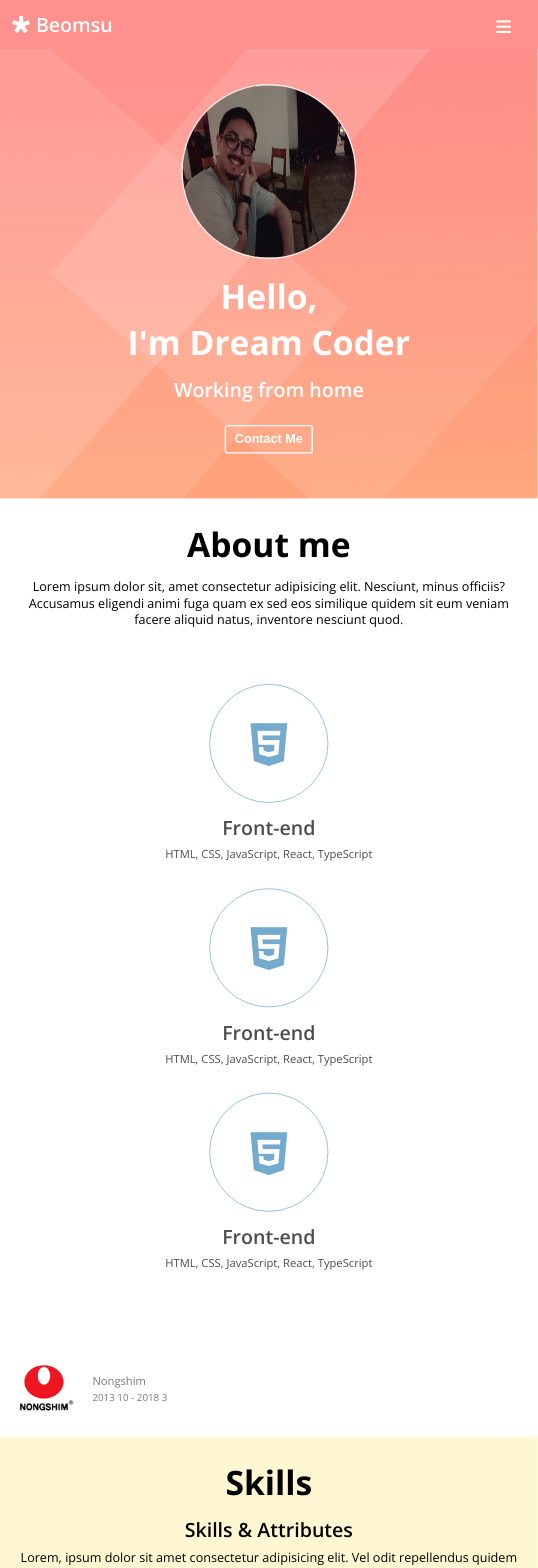
Repository: beomsu9696/Dream_Coding_Academy4
Page: index.html
The author's editor kept a copy of each file at every save. The page is drawn from the files as they stood at one save, then again after the next save.
The browser window is 768 px wide. The pictures show the part of the page from y = 0 to 2240 px (the page is 5387 px tall before and 5007 px after), at 70% of full size.
Some web libraries are served in a nearby version.

Above is the page before, as saved 2021-01-26 21:41:52.

### index.html
<!DOCTYPE html>
<html lang="en">
  <head>
    <meta charset="UTF-8" />
    <meta name="viewport" content="width=device-width, initial-scale=1.0" />
    <title>Portfolio</title>
    <meta name="description" content="Portfolio" />
    <meta name="author" content="Beomsu" />
    <link rel="icon" type="image/png" href="images/favicon.png" />
    <script
      src="https://kit.fontawesome.com/c90a48a564.js"
      crossorigin="anonymous"
    ></script>
    <link rel="preconnect" href="https://fonts.gstatic.com" />
    <link
      href="https://fonts.googleapis.com/css2?family=Open+Sans:wght@400;600;700&display=swap"
      rel="stylesheet"
    />
    <link rel="stylesheet" href="style.css" />
    <script src="main.js" defer></script>
  </head>
  <body>
    <!-- Navbar -->
    <nav id="navbar">
      <div class="navbar__logo">
        <i class="fab fa-diaspora"></i>
        <a href="#">Beomsu</a>
      </div>
      <ul class="navbar__menu">
        <li class="navbar__menu__item" data-link="#home">Home</li>
        <li class="navbar__menu__item" data-link="#about">About</li>
        <li class="navbar__menu__item" data-link="#skills">Skills</li>
        <li class="navbar__menu__item" data-link="#work">My Work</li>
        <li class="navbar__menu__item" data-link="#testimonials">
          Testimonials
        </li>
        <li class="navbar__menu__item" data-link="#contact">Contact</li>
      </ul>
      <!-- Togglle button -->
      <button class="navbar__toggle-btn">
        <i class="fas fa-bars"></i>
      </button>
    </nav>
    <!-- Home -->
    <section id="home">
      <div class="home__container">
        <img
          src="images/profile.JPG"
          alt="Beomsu's profile photo"
          class="home__avatar"
        />
        <h1 class="home__title">Hello, <br />I'm Dream Coder</h1>
        <h2 class="home__description">Working from home</h2>
        <button class="home__contact">Contact Me</button>
      </div>
    </section>
    <!-- About -->
    <section id="about" class="section section__container">
      <h1>About me</h1>
      <p>
        Lorem ipsum dolor sit, amet consectetur adipisicing elit. Nesciunt,
        minus officiis? Accusamus eligendi animi fuga quam ex sed eos similique
        quidem sit eum veniam facere aliquid natus, inventore nesciunt quod.
      </p>
      <div class="about__majors">
        <div class="major">
          <div class="major__icon">
            <i class="fab fa-html5"></i>
          </div>
          <h2 class="major__title">Front-end</h2>
          <div class="major__description">
            HTML, CSS, JavaScript, React, TypeScript
          </div>
        </div>
        <div class="major">
          <div class="major__icon">
            <i class="fab fa-html5"></i>
          </div>
          <h2 class="major__title">Front-end</h2>
          <div class="major__description">
            HTML, CSS, JavaScript, React, TypeScript
          </div>
        </div>
        <div class="major">
          <div class="major__icon">
            <i class="fab fa-html5"></i>
          </div>
          <h2 class="major__title">Front-end</h2>
          <div class="major__description">
            HTML, CSS, JavaScript, React, TypeScript
          </div>
        </div>
      </div>
      <div class="about__jobs">
        <div class="job">
          <img
            src="images/jobs/logo-nongshim.png"
            alt="nongshim"
            class="job__logo"
          />
          <div class="job__description">
            <p class="job__name">Nongshim</p>
            <p class="job__period">2013 10 - 2018 3</p>
          </div>
        </div>
        <div class="job">
          <img src="" alt="" class="job__logo" />
          <div class="job__description">
            <p class="job__name"></p>
            <p class="job__period"></p>
          </div>
        </div>
      </div>
    </section>
    <!-- Skills -->
    <section id="skills" class="section">
      <div class="section__container">
        <h1>Skills</h1>
        <h2>Skills & Attributes</h2>
        <p>
          Lorem, ipsum dolor sit amet consectetur adipisicing elit. Vel odit
          repellendus quidem quod quibusdam et autem sint doloribus quis dolore.
          Provident aliquid suscipit voluptates iste sunt delectus unde cumque
          repellendus!
        </p>
        <div class="skillset">
          <div class="skillset__left">
            <h3 class="skillset__title">Skills</h3>
            <div class="skill">
              <div class="skill__description">
                <span>HTML</span>
                <span>70%</span>
              </div>
              <!-- <progress value="70" max="100"></progress> -->
              <div class="skill__bar">
                <div class="skill__value" style="width: 70%"></div>
              </div>
            </div>
            <div class="skill">
              <div class="skill__description">
                <span>HTML</span>
                <span>70%</span>
              </div>
              <div class="skill__bar">
                <div class="skill__value"></div>
              </div>
            </div>
            <div class="skill">
              <div class="skill__description">
                <span>HTML</span>
                <span>70%</span>
              </div>
              <div class="skill__bar">
                <div class="skill__value"></div>
              </div>
            </div>
            <div class="skill">
              <div class="skill__description">
                <span>HTML</span>
                <span>70%</span>
              </div>
              <div class="skill__bar">
                <div class="skill__value"></div>
              </div>
            </div>
            <div class="skill">
              <div class="skill__description">
                <span>HTML</span>
                <span>70%</span>
              </div>
              <div class="skill__bar">
                <div class="skill__value"></div>
              </div>
            </div>
          </div>
          <div class="skillset__right">
            <div class="tools">
              <h3 class="skillset__title">Tools</h3>
              <ul class="tools__list">
                <li><span>Visual Studio Code</span></li>
                <li><span>Visual Studio Code</span></li>
                <li><span>Visual Studio Code</span></li>
                <li><span>Visual Studio Code</span></li>
                <li><span>Visual Studio Code</span></li>
              </ul>
            </div>
            <div class="etc">
              <h3 class="skillset__title">Etc</h3>
              <ul class="etc__list">
                <li><span>Git</span></li>
                <li><span>Git</span></li>
                <li><span>Git</span></li>
              </ul>
            </div>
          </div>
        </div>
      </div>
    </section>
    <!-- Work -->
    <section id="work" class="section">
      <div class="section__container">
        <h1>My work</h1>
        <h3>Projects</h3>
        <div class="work__categories">
          <button class="category__btn selected" data-filter="*">
            All <span class="category__count">8</span>
          </button>
          <button class="category__btn" data-filter="front-end1">
            Front-end <span class="category__count">1</span>
          </button>
          <button class="category__btn" data-filter="front-end2">
            Front-end <span class="category__count">1</span>
          </button>
          <button class="category__btn" data-filter="front-end3">
            Front-end <span class="category__count">1</span>
          </button>
        </div>
        <div class="work__projects">
          <a href="#" class="project" target="_blank" data-type="front-end1">
            <img
              class="project__img"
              src="images/projects/project1.png"
              alt="Project1"
            />
            <div class="project__description">
              <h3>Project</h3>
              <span>Clone coding with HTML and CSS</span>
            </div>
          </a>
          <a href="#" class="project" target="_blank" data-type="front-end2">
            <img
              class="project__img"
              src="images/projects/project2.png"
              alt="Project2"
            />
            <div class="project__description">
              <h3>Project</h3>
              <span>Clone coding with HTML and CSS</span>
            </div>
          </a>
          <a href="#" class="project" target="_blank" data-type="front-end3">
            <img
              class="project__img"
              src="images/projects/project3.png"
              alt="Project3"
            />
            <div class="project__description">
              <h3>Project</h3>
              <span>Clone coding with HTML and CSS</span>
            </div>
          </a>
          <a href="#" class="project" target="_blank">
            <img
              class="project__img"
              src="images/projects/project4.png"
              alt="Project4"
            />
            <div class="project__description">
              <h3>Project</h3>
              <span>Clone coding with HTML and CSS</span>
            </div>
          </a>
          <a href="#" class="project" target="_blank">
            <img
              class="project__img"
              src="images/projects/project5.png"
              alt="Project5"
            />
            <div class="project__description">
              <h3>Project</h3>
              <span>Clone coding with HTML and CSS</span>
            </div>
          </a>
          <a href="#" class="project" target="_blank">
            <img
              class="project__img"
              src="images/projects/project6.png"
              alt="Project6"
            />
            <div class="project__description">
              <h3>Project</h3>
              <span>Clone coding with HTML and CSS</span>
            </div>
          </a>
          <a href="#" class="project" target="_blank">
            <img
              class="project__img"
              src="images/projects/project7.png"
              alt="Project7"
            />
            <div class="project__description">
              <h3>Project</h3>
              <span>Clone coding with HTML and CSS</span>
            </div>
          </a>
          <a href="#" class="project" target="_blank">
            <img
              class="project__img"
              src="images/projects/project8.png"
              alt="Project8"
            />
            <div class="project__description">
              <h3>Project</h3>
              <span>Clone coding with HTML and CSS</span>
            </div>
          </a>
        </div>
      </div>
    </section>
    <!-- Testimonials -->
    <section id="testimonials" class="section">
      <div class="section__container">
        <h1>Testimonials</h1>
        <h3>See what they say about me</h3>
        <div class="testimonials">
          <div class="testimonial">
            <img
              src="images/people1.jpg"
              alt="People"
              class="testimonial__avatar"
            />
            <div class="testimonial__speech-bubble">
              <p>
                Lorem ipsum dolor sit amet consectetur adipisicing elit.
                Corporis sequi mollitia odit commodi, neque illo. Voluptatum
                possimus illum qui dolores optio porro ipsa doloribus atque
                tenetur voluptas, distinctio nulla sit?
              </p>
              <p class="name"><a href="#">Man</a>Google</p>
            </div>
          </div>
          <div class="testimonial">
            <div class="testimonial__speech-bubble">
              <p>
                Lorem ipsum dolor sit amet consectetur adipisicing elit.
                Corporis sequi mollitia odit commodi, neque illo. Voluptatum
                possimus illum qui dolores optio porro ipsa doloribus atque
                tenetur voluptas, distinctio nulla sit?
              </p>
              <p class="name"><a href="#">Man</a>Google</p>
            </div>
            <img
              src="images/people1.jpg"
              alt="People"
              class="testimonial__avatar"
            />
          </div>
        </div>
      </div>
    </section>
    <!-- Contact -->
    <section id="contact" class="section">
      <h1 class="contact__title">Let's talk</h1>
      <h2 class="contact__email">dream.coder.ellie@gmail.com</h2>
      <div class="contact__links">
        <a href="#" target="_blank">
          <i class="fab fa-github"></i>
        </a>
        <a href="#" target="_blank">
          <i class="fab fa-linkedin"></i>
        </a>
      </div>
      <p class="contact__rights">
        2021 Dream Coding Ellie - All rights reserved
      </p>
    </section>
    <!-- Arrow up -->
    <button class="arrow-up">
      <i class="fa fa-arrow-up"></i>
    </button>
  </body>
</html>

### style.css
/* Universal tags */
* {
  box-sizing: border-box;
}

body {
  margin: 0;
  font-family: "Open Sans", sans-serif;
  cursor: default;
}

a {
  text-decoration: none;
  color: var(--color-white);
}

ul {
  list-style: none;
  padding-left: 0;
}

button {
  outline: none;
  background-color: transparent;
  cursor: pointer;
  border: none;
}

/* Global */
:root {
  /* Color */
  --color-white: #ffffff;
  --color-light-white: #eeeeee;
  --color-dark-white: #bdbdbd;
  --color-pink: #fe918d;
  --color-dark-pink: #ff6863;
  --color-dark-grey: #4d4d4d;
  --color-grey: #616161;
  --color-light-grey: #7c7979;
  --color-blue: #73aace;
  --color-yellow: #fff7d1;
  --color-orange: #feb546;
  --color-black: #000000;

  /* Font size */
  --font-large: 48px;
  --font-medium: 28px;
  --font-regular: 18px;
  --font-small: 16px;
  --font-micro: 14px;

  /* Font weight */
  --weight-bold: 700;
  --weight-semi-bold: 600;
  --weight-regular: 400;

  /* Size */
  --size-border-radius: 4px;

  /* Animation */
  --animation-duration: 300ms;
}

/* Typography */

h1 {
  font-size: var(--font-large);
  font-weight: var(--weight-bold);
  color: var(--color-black);
  margin: 16px 0px;
}

h2 {
  font-size: var(--font-medium);
  font-weight: var(--weight-semi-bold);
  color: var(--color-black);
  margin: 8px 0;
}

h3 {
  font-size: var(--font-regular);
  font-weight: var(--weight-regular);
  color: var(--color-black);
  margin: 8px 0;
}

p {
  font-size: var(--font-regular);
  font-weight: var(--weight-regular);
  color: var(--color-black);
  margin: 4px 0;
}

/* Navbar */
#navbar {
  position: fixed;
  width: 100%;
  display: flex;
  justify-content: space-between;
  align-items: center;
  color: var(--color-white);
  padding: 16px;
  background-color: transparent;
  transition: all var(--animation-duration) ease-in-out;
  z-index: 1;
}

#navbar.navbar--dark {
  background-color: var(--color-pink);
  padding: 8px;
}

.navbar__menu {
  display: flex;
}

.navbar__logo {
  font-size: var(--font-medium);
  font-weight: var(--weight-semi-bold);
}

.navbar__menu__item {
  padding: 8px 12px;
  margin: 0 4px;
  cursor: pointer;
  border-radius: var(--size-border-radius);
  border: 1px solid transparent;
}

.navbar__menu__item:hover {
  border: 1px solid var(--color-white);
  background-color: var(--color-dark-pink);
}

.navbar__toggle-btn {
  position: absolute;
  top: 24px;
  right: 32px;
  font-size: 24px;
  color: var(--color-white);
  display: none;
}

/* Home */
#home {
  background: center/cover no-repeat url(images/homebackground.png);
  padding: 40px;
  padding-top: 120px;
  text-align: center;
}

.home__avatar {
  width: 250px;
  height: 250px;
  border-radius: 50%;
  border: 2px solid var(--color-light-white);
}

.home__title,
.home__description {
  color: var(--color-white);
}

.home__contact {
  color: var(--color-white);
  font-size: var(--font-regular);
  font-weight: var(--weight-bold);
  margin: 24px;
  padding: 8px 12px;
  border: 2px solid var(--color-white);
  border-radius: var(--size-border-radius);
}

.home__contact:hover {
  background-color: var(--color-orange);
}

/* Section common */
.section {
  text-align: center;
  padding: 50px;
  margin: auto;
}

.section__container {
  max-width: 1200px;
  margin: auto;
}
/* About */
.about__majors {
  display: flex;
  justify-content: space-between;
  margin: 80px 0;
}

.major__icon {
  width: 170px;
  height: 170px;
  line-height: 170px;
  font-size: 70px;
  margin: auto;
  color: var(--color-blue);
  border: 1px solid var(--color-blue);
  border-radius: 50%;
  margin-bottom: 16px;
}

.major__icon i {
  transition: all var(--animation-duration) ease;
}

.major__icon:hover i {
  color: var(--color-pink);
  transform: rotate(-30deg) scale(1.1);
}

.major__title,
.major__description {
  color: var(--color-dark-grey);
}

.major__description {
  font-size: var(--font-small);
}

.job {
  display: flex;
  align-items: center;
}

.job__description {
  margin: 0 16px;
  text-align: left;
}

.job__name,
.job__period {
  color: var(--color-light-grey);
}

.job__name {
  font-size: var(--font-small);
}

.job__period {
  font-size: var(--font-micro);
}

/* Skill */
#skills {
  background-color: var(--color-yellow);
}

.skillset {
  display: flex;
  background-color: var(--color-light-grey);
  color: var(--color-light-white);
  margin: 20px 0;
}

.skillset__title {
  color: var(--color-white);
}

.skillset__left {
  flex-basis: 60%;
  background-color: var(--color-dark-grey);
  padding: 20px 40px;
}

.skill {
  margin-bottom: 8px;
}

.skill__description {
  display: flex;
  justify-content: space-between;
}

.skill__bar {
  width: 100%;
  height: 3px;
  background-color: var(--color-grey);
}

.skill__value {
  width: 100%;
  height: 3px;
  background-color: var(--color-orange);
}

.skillset__right {
  flex-basis: 40%;
}

.tools {
  background-color: var(--color-grey);
}

.tools,
.etc {
  padding: 20px;
}

/* Work */
.work__categories {
  margin: 40px;
}

.category__btn {
  border: 1px solid var(--color-dark-white);
  border-radius: var(--size-border-radius);
  font-size: var(--font-regular);
  padding: 8px 48px;
}

.category__btn.selected,
.category__btn:hover {
  background-color: var(--color-pink);
  color: var(--color-white);
}

.category__btn.selected .category__count,
.category__btn:hover .category__count {
  opacity: 1;
  top: 0;
}

.category__count {
  background-color: var(--color-orange);
  border-radius: 50%;
  color: var(--color-white);
  width: 24px;
  height: 24px;
  line-height: 24px;
  display: inline-block;
  position: relative;
  top: -20px;
  left: 4px;
  opacity: 0;
  transition: all var(--animation-duration) ease-in;
}

.work__projects {
  display: flex;
  flex-wrap: wrap;
  justify-content: center;
  opacity: 1;
  transition: all var(--animation-duration) ease-out;
}

.work__projects.anim-out {
  opacity: 0.6;
  transform: scale(0.96) translateY(40px);
}

.project {
  position: relative;
  display: flex;
  justify-content: center;
  align-items: center;
  width: 280px;
  height: 250px;
  margin: 2px;
  background-color: var(--color-light-white);
}

.project.invisible {
  display: none;
}

.project__img {
  max-width: 100%;
  max-height: 100%;
}

.project__description {
  position: absolute;
  background-color: black;
  display: flex;
  flex-direction: column;
  justify-content: center;
  width: 100%;
  height: 100%;
  top: 0;
  left: 0;
  opacity: 0;
  transform: translateY(10px);
  transition: all var(--animation-duration) ease-in;
}

.project:hover .project__description {
  transform: translateY(0px);
  opacity: 0.8;
}

.project__description h3 {
  color: var(--color-orange);
}

.project__description h3:after {
  content: "";
  display: block;
  position: relative;
  left: 50%;
  width: 50px;
  height: 2px;
  transform: translateX(-50%);
  margin-top: 8px;
  background-color: var(--color-dark-white);
}

/* Testimonial */
#testimonials {
  background-color: var(--color-light-white);
}

.testimonials {
  margin: 40px;
}

.testimonial {
  display: flex;
  margin: 32px 0;
}

.testimonial__avatar {
  width: 150px;
  height: 150px;
  border-radius: 50%;
}

.testimonial__avatar:nth-child(odd) {
  margin-right: 40px;
}
.testimonial__avatar:nth-child(even) {
  margin-left: 40px;
}

.testimonial__speech-bubble {
  padding: 18px;
  background-color: var(--color-white);
  border-radius: var(--size-border-radius);
}

.testimonial__speech-bubble p {
  color: var(--color-light-grey);
}

.testimonial__speech-bubble a {
  color: var(--color-pink);
}

/* Contact */
#contact {
  background-color: var(--color-pink);
}

.contact__title,
.contact__email,
.contact__rights {
  color: var(--color-white);
}

.contact__title {
  margin: 32px 0;
}

.contact__links {
  font-size: var(--font-large);
  margin: 24px 0;
}

.contact__links i {
  transition: all var(--animation-duration) ease-in;
}

.contact__links i:hover {
  transform: scale(1.1);
  color: var(--color-yellow);
}

/* Scroll */
.arrow-up {
  position: fixed;
  bottom: 50px;
  right: 50px;
  font-size: 50px;
  width: 70px;
  height: 70px;
  background-color: var(--color-pink);
  color: var(--color-white);
  border-radius: 50%;
  opacity: 0;
  transition: all 300ms ease-in;
  pointer-events: none;
}

.arrow-up.visible {
  opacity: 1;
  pointer-events: auto;
}

/* For below 768px screen width */
@media screen and (max-width: 768px) {
  :root {
    /* Font size */
    --font-large: 48px;
    --font-medium: 28px;
    --font-regular: 18px;
    --font-small: 16px;
    --font-micro: 14px;
  }

  .navbar__toggle-btn {
    display: block;
  }

  #navbar {
    flex-direction: column;
    align-items: flex-start;
    background-color: var(--color-pink);
  }
  #navbar.navbar--dark {
    padding: 16px;
  }
  .navbar__menu {
    flex-direction: column;
    text-align: center;
    width: 100%;
    display: none;
  }

  .navbar__menu.open {
    display: block;
  }

  .section {
    padding: 16px;
  }

  .about__majors {
    flex-direction: column;
  }

  .major {
    margin-bottom: 38px;
  }

  .skillset {
    flex-direction: column;
  }

  .project {
    flex-grow: 1;
  }
  .testmonial__avatar {
    width: 80px;
    height: 80px;
  }
}
/* For below 970px screen width */
@media screen and (max-width: 970px) {
  .work__categories {
    display: flex;
    flex-direction: column;
  }

  .category__btn:nth-child(even),
  .category__btn:nth-child(3) {
    margin-top: 4px;
  }
}

### main.js
"use strict";

// Make navbar transparent when it is on the top
const navbar = document.querySelector("#navbar");
const navbarHeight = navbar.getBoundingClientRect().height;
document.addEventListener("scroll", () => {
  if (window.scrollY > navbarHeight) {
    navbar.classList.add("navbar--dark");
  } else {
    navbar.classList.remove("navbar--dark");
  }
});

// Handle scrolling when tapping on the navbar menu
const navbarMenu = document.querySelector(".navbar__menu");
navbarMenu.addEventListener("click", (event) => {
  const target = event.target;
  const link = target.dataset.link;
  if (link == undefined) {
    return;
  }
  navbarMenu.classList.remove("open");
  scrollIntoView(link);
});

// Navbar toggle button for small screen
const navbarToggleBtn = document.querySelector(".navbar__toggle-btn");
navbarToggleBtn.addEventListener("click", () => {
  navbarMenu.classList.toggle("open");
});

// Handle click on 'contact me' button on home
const homeContact = document.querySelector(".home__contact");
homeContact.addEventListener("click", () => {
  scrollIntoView("#contact");
});

// Make home slowly fade to transparent as the window scrolls down
const home = document.querySelector(".home__container");
const homeHeight = home.getBoundingClientRect().height;
document.addEventListener("scroll", () => {
  home.style.opacity = 1 - window.scrollY / homeHeight;
});

// Show 'arrow up' button when scrolling down
const arrowUp = document.querySelector(".arrow-up");
document.addEventListener("scroll", () => {
  if (window.scrollY > homeHeight / 2) {
    arrowUp.classList.add("visible");
  } else {
    arrowUp.classList.remove("visible");
  }
});

// Handle click on the 'arrow up' button
arrowUp.addEventListener("click", () => {
  scrollIntoView("#home");
});

// Projects
const workBtnContainer = document.querySelector(".work__categories");
const projectContainer = document.querySelector(".work__projects");
const projects = document.querySelectorAll(".project");
workBtnContainer.addEventListener("click", (e) => {
  const filter = e.target.dataset.filter || e.target.parentNode.dataset.filter;
  if (filter == null) {
    return;
  }

  // Remove selection from the previous item and select the new one
  const active = document.querySelector(".category__btn.selected");
  active.classList.remove("selected");
  const target =
    e.target.nodeName === "BUTTON" ? e.target : e.target.parentNode;
  target.classList.add("selected");

  projectContainer.classList.add("anim-out");
  setTimeout(() => {
    projects.forEach((project) => {
      if (filter === "*" || filter === project.dataset.type) {
        project.classList.remove("invisible");
      } else {
        project.classList.add("invisible");
      }
    });
    projectContainer.classList.remove("anim-out");
  }, 300);
});

function scrollIntoView(selector) {
  const scrollTo = document.querySelector(selector);
  scrollTo.scrollIntoView({ behavior: "smooth" });
}

After the next save:
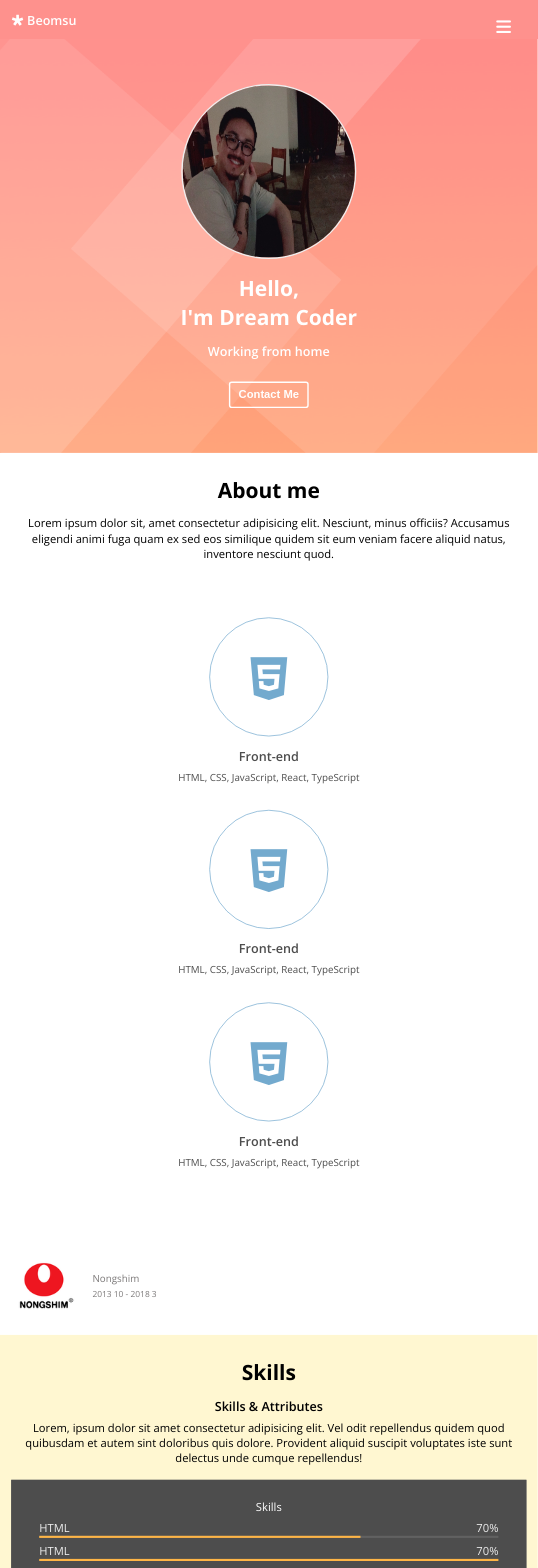
Saved 17 s later.
--- a/style.css
+++ b/style.css
@@ -505,11 +505,11 @@
 @media screen and (max-width: 768px) {
   :root {
     /* Font size */
-    --font-large: 48px;
-    --font-medium: 28px;
-    --font-regular: 18px;
-    --font-small: 16px;
-    --font-micro: 14px;
+    --font-large: 30px;
+    --font-medium: 18px;
+    --font-regular: 16px;
+    --font-small: 14px;
+    --font-micro: 12px;
   }
 
   .navbar__toggle-btn {
